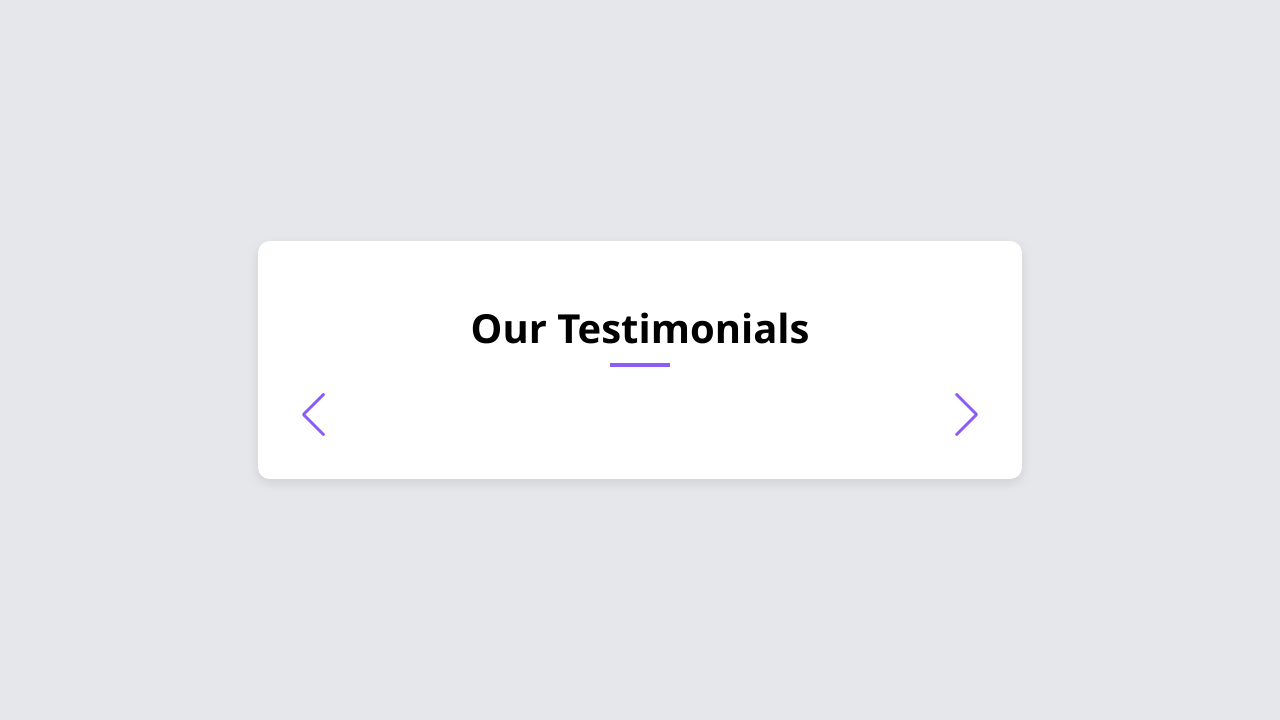
Repository: ayushrajput545/Testimonial_web
Page: index.html
The author's editor kept a copy of each file at every save. The page is drawn from the files as they stood at one save, then again after the next save.
The browser window is 1280 px wide. The pictures show the whole page.
Pictures or frames that could not be fetched are drawn as grey boxes.

Above is the page before, as saved 2025-04-17 12:31:30.
Console error: TypeError: Cannot read properties of null (reading 'addEventListener')

After the next save:
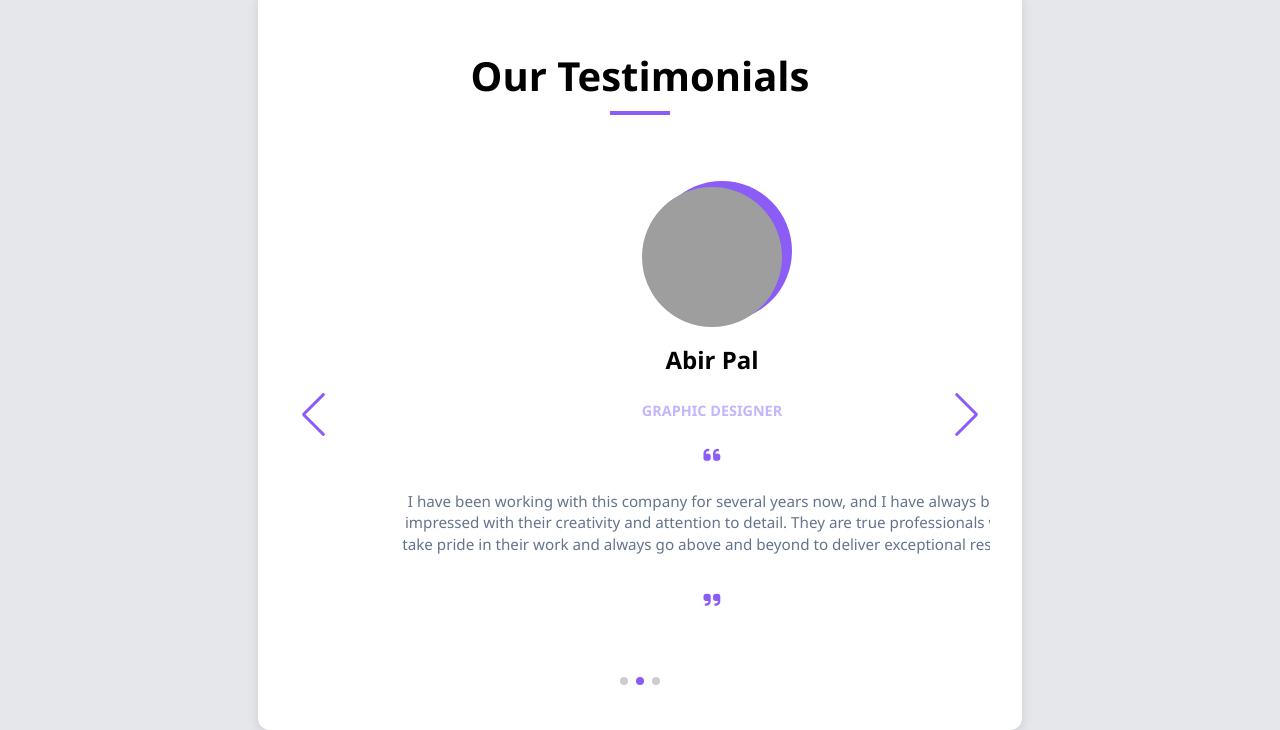
The error is gone.
Saved 15 s later.
--- a/script.js
+++ b/script.js
@@ -1,20 +1,17 @@
 const reviews = [
     {
-      id: 1,
       name: "Pranay Gupta",
       job: "Software Engineer",
       image: "https://aeccc.targettechnology.in/static/media/PranayGupta.f3c530b7630ba8efb2ab.jpg",
       text: "I have had the pleasure of working with this team on several projects, and I am consistently impressed with their technical expertise and ability to deliver quality solutions on time and within budget. They are a true partner and an asset to any project.",
     },
     {
-      id: 2,
       name: "Abir Pal",
       job: "Graphic Designer",
       image: "https://aeccc.targettechnology.in/static/media/AbirPal.574a09ad7cb325853b29.jpg",
       text: "I have been working with this company for several years now, and I have always been impressed with their creativity and attention to detail. They are true professionals who take pride in their work and always go above and beyond to deliver exceptional results.",
     },
     {
-      id: 3,
       name: "Soumya Banerjee",
       job: "Marketing Manager",
       image: "https://aeccc.targettechnology.in/static/media/SoumyaBanerjee.2e2521d6029842435080.jpg",
@@ -22,49 +19,38 @@ const reviews = [
     },
   ];
 
-  let currentIndex = 0;
+  // Generate slides
+  const wrapper = document.getElementById("testimonial-wrapper");
 
-  // DOM Elements
-  const img = document.getElementById("person-img");
-  const author = document.getElementById("author");
-  const job = document.getElementById("job");
-  const info = document.getElementById("info");
-
-  const prevBtn = document.getElementById("prev-btn");
-  const nextBtn = document.getElementById("next-btn");
-  const randomBtn = document.getElementById("random-btn");
-
-  function showPerson(index) {
-    const person = reviews[index];
-    img.src = person.image;
-    author.textContent = person.name;
-    job.textContent = person.job;
-    info.textContent = person.text;
-  }
-
-  // Initial load
-  window.addEventListener("DOMContentLoaded", () => {
-    showPerson(currentIndex);
+  reviews.forEach((review) => {
+    wrapper.innerHTML += `
+      <div class="swiper-slide">
+        <div class="img-container">
+          <img src="${review.image}" alt="${review.name}" />
+          <div class="img-background"></div>
+        </div>
+        <h2 class="name">${review.name}</h2>
+        <h4 class="job">${review.job}</h4>
+        <div class="quote-icon"><i class="fas fa-quote-left"></i></div>
+        <p class="text">${review.text}</p>
+        <div class="quote-icon"><i class="fas fa-quote-right"></i></div>
+      </div>
+    `;
   });
 
-  nextBtn.addEventListener("click", () => {
-    currentIndex++;
-    if (currentIndex > reviews.length - 1) {
-      currentIndex = 0;
-    }
-    showPerson(currentIndex);
+  // Initialize Swiper
+  const swiper = new Swiper(".mySwiper", {
+    loop: true,
+    autoplay: {
+      delay: 4000,
+      disableOnInteraction: false,
+    },
+    pagination: {
+      el: ".swiper-pagination",
+      clickable: true,
+    },
+    navigation: {
+      nextEl: ".swiper-button-next",
+      prevEl: ".swiper-button-prev",
+    },
   });
-
-  prevBtn.addEventListener("click", () => {
-    currentIndex--;
-    if (currentIndex < 0) {
-      currentIndex = reviews.length - 1;
-    }
-    showPerson(currentIndex);
-  });
-
-  randomBtn.addEventListener("click", () => {
-    let randomIndex = Math.floor(Math.random() * reviews.length);
-    currentIndex = randomIndex;
-    showPerson(currentIndex);
-  });
